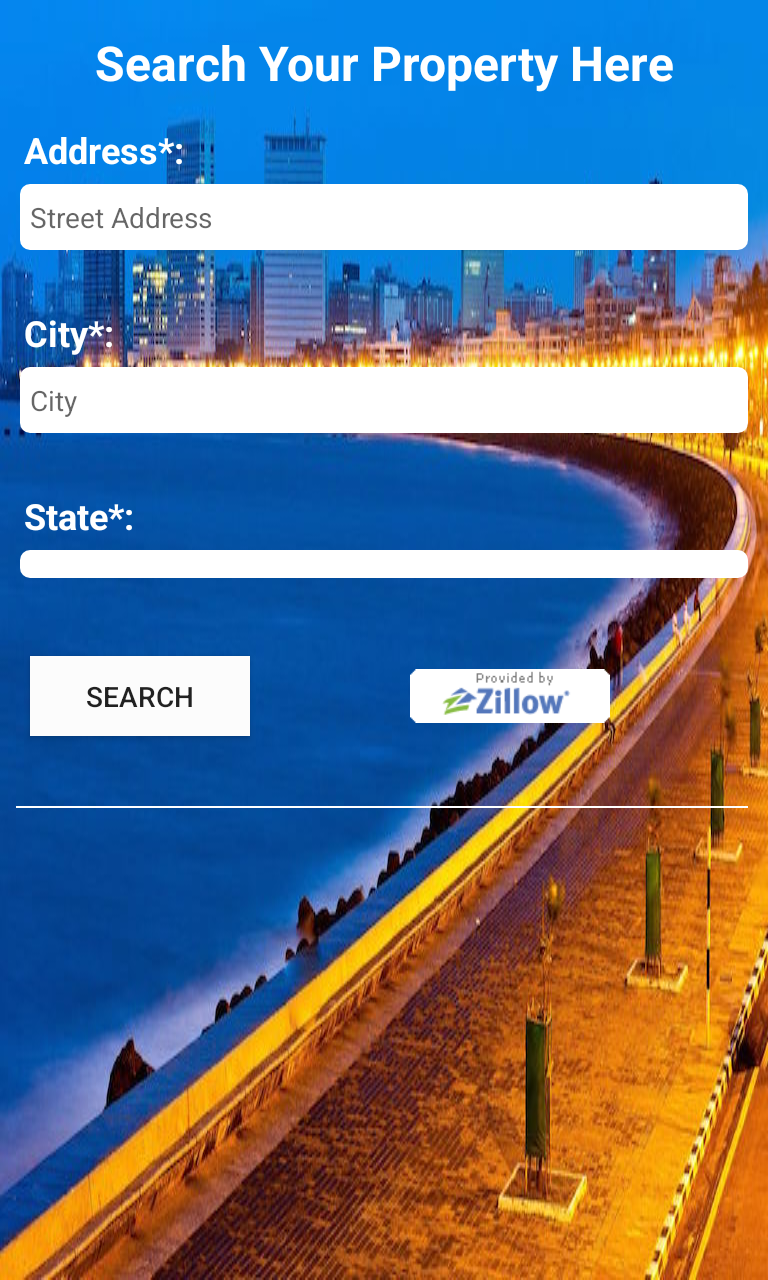
Repository: Warun26/PropertySearch
Layout: PropertySearch/res/layout/activity_main.xml
An editor plug-in stored every save of this project. The layout is shown before and after the next save, followed by the edit.
It is drawn on a 768 x 1280 px phone screen (xhdpi) without system bars, with theme AppTheme; the app's code is not run. The app's manifest (not shown) leaves right-to-left support off. So textAlignment, textDirection and layoutDirection are ignored, and left and right values win over start and end ones.

Above is the layout before, as saved 2014-11-19 20:13:06.

### PropertySearch/res/layout/activity_main.xml
<?xml version="1.0" encoding="utf-8"?>
<LinearLayout xmlns:android="http://schemas.android.com/apk/res/android"
    xmlns:tools="http://schemas.android.com/tools"
    android:layout_width="match_parent"
    android:layout_height="match_parent"
    android:background="@drawable/background"
    android:orientation="vertical" >

    <LinearLayout
    	android:layout_width="match_parent"
    	android:layout_height="wrap_content"
    	android:orientation="horizontal">
	    <TextView
	    	android:id="@+id/formTitle"
		    android:layout_width="match_parent"
		    android:layout_height="wrap_content"
		    android:layout_marginTop="15dp"
		    android:layout_marginBottom="5dp"
		    android:text="@string/form_title"
		    android:gravity="center_horizontal"
		    android:textStyle="bold"
		    android:textSize="24sp"
		    android:textColor="#fff" />
	</LinearLayout>

    <LinearLayout
        android:layout_width="match_parent"
        android:layout_height="wrap_content"
        android:orientation="vertical">
        <TextView
            android:id="@+id/StreetAddressLabel"
            android:layout_gravity="center_horizontal"
            android:layout_marginTop="10dp"
            android:layout_marginBottom="5dp"
            android:layout_marginStart="8dp"
            android:layout_marginLeft="8dp"
            android:layout_width="fill_parent"
            android:layout_height="wrap_content"
            android:text="@string/address"
            android:textStyle="bold"
            android:textColor="#fff"
            android:textSize="18sp" />
        <EditText
            android:id="@+id/StreetAddressInput"
            android:layout_width="fill_parent"
            android:layout_height="wrap_content"
            android:hint="@string/street_address"
            android:paddingTop="7dp"
            android:paddingBottom="7dp"
            android:paddingStart="5dp"
            android:paddingLeft="5dp"
            android:paddingEnd="5dp"
            android:layout_marginLeft="10dp"
            android:layout_marginRight="10dp"
            android:textSize="14sp"
            android:background="@drawable/editbox"/>
        <TextView
            android:id="@+id/StreetError"
            android:layout_width="fill_parent"
            android:layout_height="wrap_content"
            android:text="@string/error_message"
            android:textColor="#ff0000"
            android:layout_marginLeft="10dp"
            android:layout_marginStart="10dp"
            android:textStyle="bold"
            android:visibility="invisible" />
    </LinearLayout>

    <LinearLayout
        android:layout_width="match_parent"
        android:layout_height="wrap_content"
        android:orientation="vertical">
        <TextView
            android:id="@+id/CityLabel"
            android:layout_gravity="center_horizontal"
            android:layout_marginTop="10dp"
            android:layout_marginBottom="5dp"
            android:layout_marginStart="8dp"
            android:layout_marginLeft="8dp"
            android:layout_width="fill_parent"
            android:layout_height="wrap_content"
            android:text="@string/city_label"
            android:textStyle="bold"
            android:textColor="#fff"
            android:textSize="18sp" />
        <EditText
            android:id="@+id/CityInput"
            android:layout_width="fill_parent"
            android:layout_height="wrap_content"
            android:hint="@string/city"
            android:paddingTop="7dp"
            android:paddingBottom="7dp"
            android:paddingStart="5dp"
            android:paddingLeft="5dp"
            android:paddingEnd="5dp"
            android:layout_marginLeft="10dp"
            android:layout_marginRight="10dp"
            android:textSize="14sp"
            android:background="@drawable/editbox"/>
        <TextView
            android:id="@+id/CityError"
            android:layout_width="fill_parent"
            android:layout_height="wrap_content"
            android:text="@string/error_message"
            android:textColor="#ff0000"
            android:layout_marginLeft="10dp"
            android:layout_marginStart="10dp"
            android:textStyle="bold"
            android:visibility="invisible" />
    </LinearLayout>

    <LinearLayout
        android:layout_width="match_parent"
        android:layout_height="wrap_content"
        android:orientation="vertical">
        <TextView
            android:id="@+id/StateLabel"
            android:layout_gravity="center_horizontal"
            android:layout_marginTop="10dp"
            android:layout_marginBottom="5dp"
            android:layout_marginStart="8dp"
            android:layout_marginLeft="8dp"
            android:layout_width="fill_parent"
            android:layout_height="wrap_content"
            android:text="@string/state"
            android:textStyle="bold"
            android:textColor="#fff"
            android:textSize="18sp" />
        <Spinner
    		android:id="@+id/stateInput"
		    android:layout_width="fill_parent"
		    android:layout_height="wrap_content"
		    android:layout_marginLeft="10dp"
		    android:layout_marginRight="10dp"
		    android:paddingTop="7dp"
		    android:paddingBottom="7dp"
            android:paddingStart="5dp"
            android:paddingLeft="5dp"
            android:paddingRight="5dp"
            android:paddingEnd="5dp"
            android:textSize="14sp"
		    android:background="@drawable/editbox" />

        <TextView
            android:id="@+id/StateError"
            android:layout_width="fill_parent"
            android:layout_height="wrap_content"
            android:text="@string/error_message"
            android:textColor="#ff0000"
            android:layout_marginLeft="10dp"
            android:layout_marginStart="10dp"
            android:textStyle="bold"
            android:visibility="invisible" />
    </LinearLayout>
    <LinearLayout
        android:layout_width="wrap_content"
        android:layout_height="wrap_content"
        android:orientation="horizontal">

        <Button
            android:id="@+id/searchButton"
            android:layout_width="110dp"
            android:layout_height="40dp"
            android:text="@string/search"
            android:layout_marginLeft="15dp"
            android:layout_marginStart="7dp"
            android:layout_marginTop="20dp"
            android:paddingLeft="3dp"
            android:paddingRight="3dp"
            android:layout_weight="1"
            android:background="#FCFCFC"
            android:onClick="sendZillow"/>
        <ImageView
            android:id="@+id/zillowLogo"
            android:layout_width="100dp"
            android:layout_height="80dp"
            android:src="@drawable/zillow"
            android:layout_weight="1"
            android:layout_marginLeft="80dp"
            android:layout_marginStart="80dp"
            android:contentDescription="@string/zillow_image"/>
    </LinearLayout>
    <LinearLayout
        android:layout_width="fill_parent"
        android:layout_height="1dp"
        android:layout_marginTop="15dp"
        android:layout_marginLeft="8dp"
        android:layout_marginRight="10dp"
        android:layout_marginStart="8dp"
        android:layout_marginEnd="10dp"
        android:background="#fff"
        android:orientation="horizontal"
       />
</LinearLayout>

### PropertySearch/res/values/strings.xml
<?xml version="1.0" encoding="utf-8"?>
<resources>

    <string name="app_name">PropertySearch</string>
    <string name="hello_world">Hello world!</string>
    <string name="action_settings">Settings</string>
    <string name="search">Search</string>
    <string name="title_activity_main">MainActivity</string>
    <string name="form_title">Search Your Property Here</string>
    <string name="street_address">Street Address</string>
    <string name="address">Address*:</string>
    <string name="city_label">City*:</string>
    <string name="city">City</string>
    <string name="state">State*:</string>
    <string name="zillow_image">Zillow Logo</string>
    <string name="error_message">This field is required.</string>
    <string name="body1">body1</string>
    <string name="body2">body2</string>
    <string name="previous">Previous</string>
    <string name="next">Next</string>
    <string name="more_details">See more details on Zillow</string>
    <string-array name="states">
        <item>Choose State</item>
        <item>AL</item>
        <item>AK</item>
        <item>AZ</item>
        <item>AR</item>
        <item>CA</item>
        <item>CO</item>
        <item>CT</item>
        <item>DE</item>
        <item>DC</item>
        <item>FL</item>
        <item>GA</item>
        <item>HI</item>
        <item>ID</item>
        <item>IL</item>
        <item>IN</item>
        <item>IA</item>
        <item>KS</item>
        <item>KY</item>
        <item>LA</item>
        <item>ME</item>
        <item>MD</item>
        <item>MA</item>
        <item>MI</item>
        <item>MN</item>
        <item>MS</item>
        <item>MO</item>
        <item>MT</item>
        <item>NE</item>
        <item>NV</item>
        <item>NH</item>
        <item>NJ</item>
        <item>NM</item>
        <item>NY</item>
        <item>NC</item>
        <item>ND</item>
        <item>OH</item>
        <item>OK</item>
        <item>OR</item>
        <item>PA</item>
        <item>PA</item>
        <item>RI</item>
        <item>SC</item>
        <item>SD</item>
        <item>TN</item>
        <item>TX</item>
        <item>UT</item>
        <item>VT</item>
        <item>VA</item>
        <item>WA</item>
        <item>WV</item>
        <item>WI</item>
        <item>WY</item>
    </string-array>

    <string name="title_activity_display_property_details">Results from Zillow</string>

</resources>

### PropertySearch/res/drawable-ldpi/editbox.xml
<?xml version="1.0" encoding="UTF-8"?>

<shape xmlns:android="http://schemas.android.com/apk/res/android"
    android:shape="rectangle" >

    <solid
        android:color="#fff" >
    </solid>

    <corners
        android:radius="1dp"
        android:bottomLeftRadius="5dp"
        android:bottomRightRadius="5dp"
        android:topLeftRadius="5dp"
        android:topRightRadius="5dp" >
    </corners>

</shape>

Loaded but not shown: PropertySearch/res/values/styles.xml (common file); PropertySearch/res/values-v11/styles.xml (common file); PropertySearch/res/values-v14/styles.xml (common file)

After the next save:
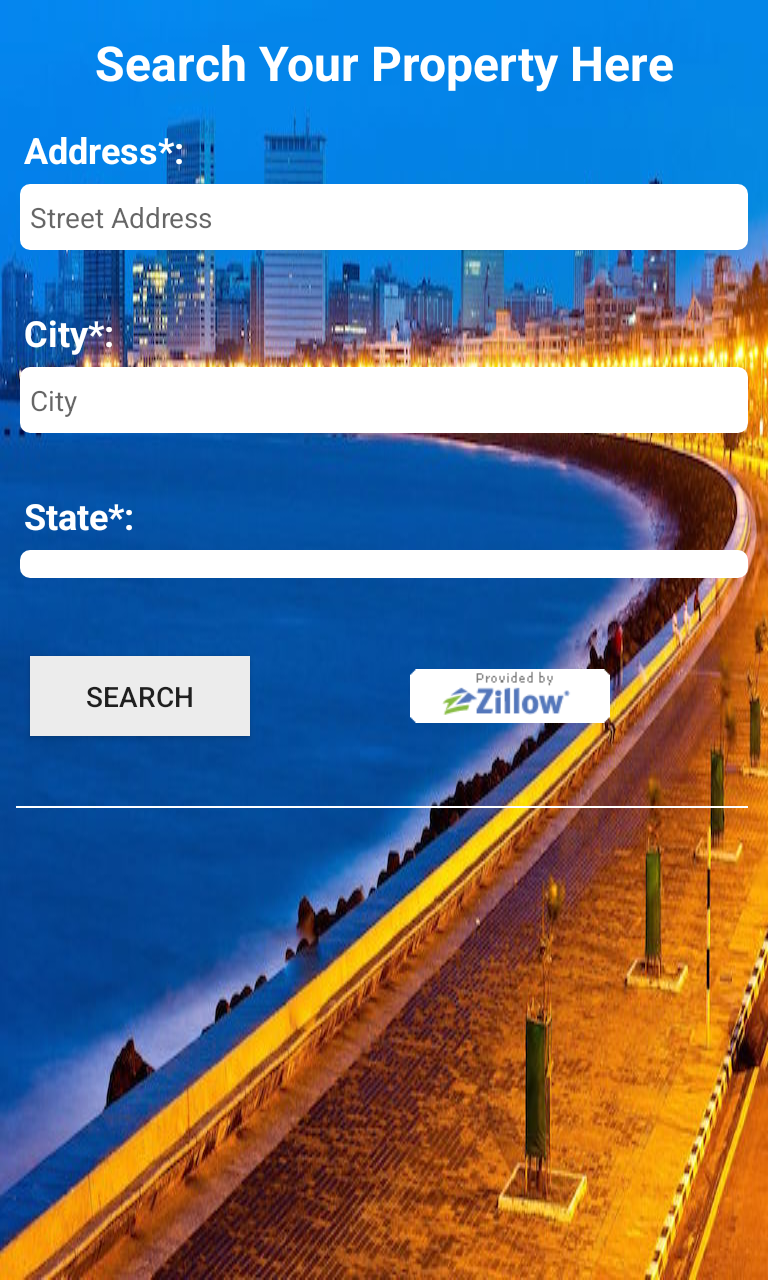
Saved 82 s later.
--- a/PropertySearch/res/layout/activity_main.xml
+++ b/PropertySearch/res/layout/activity_main.xml
@@ -168,7 +168,7 @@
             android:paddingLeft="3dp"
             android:paddingRight="3dp"
             android:layout_weight="1"
-            android:background="#FCFCFC"
+            android:background="#ECECEC"
             android:onClick="sendZillow"/>
         <ImageView
             android:id="@+id/zillowLogo"
